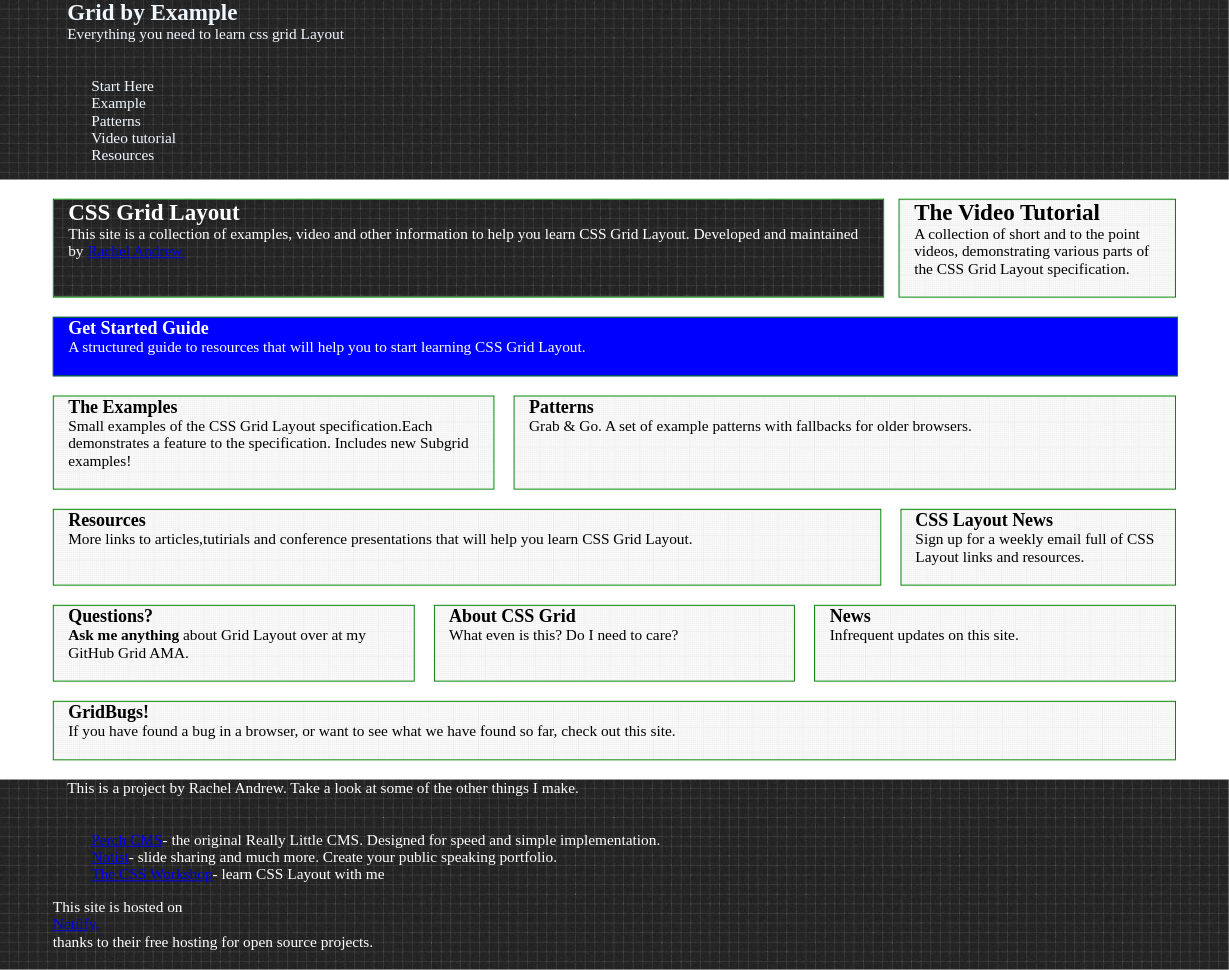
Repository: sitikhusushan/grid
Page: index.html
An editor plug-in stored every save of this project. The page is shown before and after the next save, followed by the edit.
The browser window is 1280 px wide. The pictures show the whole page, at 96% of full size.

Above is the page before, as saved 2020-05-12 23:23:09.

### index.html
<!DOCTYPE html>
<html lang="en">
  <head>
    <meta charset="UTF-8" />
    <meta name="viewport" content="width=device-width, initial-scale=1.0" />
    <title>Grid View</title>
    <link rel="stylesheet" href="style.css" />
  </head>
  <body>
    <div class="header">
      <div class="container">
        <h2>Grid by Example</h2>
        <p>Everything you need to learn css grid Layout</p>
        <ul>
          <li>Start Here</li>
          <li>Example</li>
          <li>Patterns</li>
          <li>Video tutorial</li>
          <li>Resources</li>
        </ul>
      </div>
    </div>
    <div class="layout">
      <div class="container">
        <div class="layouts">
        <div class="left">
          <h2>CSS Grid Layout</h2>
          <p>
            This site is a collection of examples, video and other information
            to help you learn CSS Grid Layout. Developed and maintained by
            <a href="#">Rachel Andrew.</a>
          </p>
        </div>
        <div class="right">
          <h2>The Video Tutorial</h2>
          <p>
            A collection of short and to the point videos, demonstrating various
            parts of the CSS Grid Layout specification.
          </p>
        </div>
      </div>
    </div>
    </div>
    <div class="guide ">
      <div class="container">
        <div class="guides">
        <h3>Get Started Guide</h3>
        <p>
          A structured guide to resources that will help you to start learning
          CSS Grid Layout.
        </p>
      </div>
      </div>
    </div>
    <div class="new">
      <div class="container">
        <div class="news">
        <div class="left">
          <h3>The Examples</h3>
          <p>
            Small examples of the CSS Grid Layout specification.Each
            demonstrates a feature to the specification. Includes new Subgrid
            examples!
          </p>
        </div>
        <div class="right">
          <h3>Patterns</h3>
          <p>
            Grab & Go. A set of example patterns with fallbacks for older
            browsers.
          </p>
        </div>
      </div>
    </div>
    </div>
    <div class="resources">
      <div class="container">
        <div class="rs">
        <div class="left">
          <h3>Resources</h3>
          <p>
            More links to articles,tutirials and conference presentations that
            will help you learn CSS Grid Layout.
          </p>
        </div>
        <div class="right">
          <h3>CSS Layout News</h3>
          <p>
            Sign up for a weekly email full of CSS Layout links and resources.
          </p>
        </div>
      </div>
    </div>
    </div>
    <div class="question">
      <div class="container">
        <div class="qs">
        <div class="left">
          <h3>Questions?</h3>
          <p>
            <b>Ask me anything</b> about Grid Layout over at my GitHub Grid AMA.
          </p>
        </div>
        <div class="middle">
          <h3>About CSS Grid</h3>
          <p>What even is this? Do I need to care?</p>
        </div>
        <div class="right">
          <h3>News</h3>
          <p>Infrequent updates on this site.</p>
        </div>
      </div>
      </div>
    </div>
    <div class="bugs">
      <div class="container">
        <div class="bug">
        <h3>GridBugs!</h3>
        <p>
          If you have found a bug in a browser, or want to see what we have
          found so far, check out this site.
        </p>
      </div>
    </div>
    </div>
  <footer>
    <div class="foo">
      <div class="container">
      <p>This is a project by Rachel Andrew. Take a look at some of the other things I make.
        <ul>
          <li><a href="#">Perch CMS</a>- the original Really Little CMS. Designed for speed and simple implementation.</li>
          <li><a href="#">Notist</a>- slide sharing and much more. Create your public speaking portfolio.</li>
          <li><a href="#">The CSS Workshop</a>- learn CSS Layout with me</li>
        </ul>
        This site is hosted on <a href="#">Netilfy,</a>thanks to their free hosting for open source projects.
      </p>
      </div>
    </div>
  </footer>
  </body>
</html>

### style.css
body {
  padding: 0px;
  margin: 0px;
}

.container {
  display: grid;
  width: 1170px;
  margin-left: auto;
  margin-right: auto;
  max-width: 100%;
  padding-left: 15px;
  padding-right: 15px;
}

/* * {
  -webkit-box-sizing: border-box;
  -moz-box-sizing: border-box;
  box-sizing: border-box;
} */

.header {
  background-image: url("image/inflicted.png");
  color: aliceblue;
}

ul {
  list-style: none;
  display: grid;
  grid-template-columns: repeat(5fr);
}

.layout .left {
  background-image: url("image/inflicted.png");
  color: #ffffff;
}

.right {
  background-image: url("image/tiny_grid.png");
}

.guides {
  width: 100%;
  background-color: blue;
  color: #ffffff;
  border: solid 1px green;
}

.left {
  background-image: url("image/tiny_grid.png");
}

.middle {
  background-image: url("image/tiny_grid.png");
}

.bug {
  background-image: url("image/tiny_grid.png");
  margin-bottom: 20px;
  border: solid 1px green;
}

footer {
  background-image: url("image/inflicted.png");
  color: #ffffff;
}

.layouts {
  display: grid;
  grid-template-columns: 3fr 1fr;
  grid-gap: 15px;
  margin-top: 20px;
  margin-bottom: 20px;
}

.layouts > div,
.news > div,
.rs > div,
.qs > div {
  border: solid 1px green;
}

.news {
  display: grid;
  grid-template-columns: 2fr 3fr;
  grid-gap: 20px;
  margin-top: 20px;
  margin-bottom: 20px;
}

.rs {
  display: grid;
  grid-template-columns: 3fr 1fr;
  grid-gap: 20px;
}

.qs {
  display: grid;
  grid-template-columns: 1fr 1fr 1fr;
  grid-gap: 20px;
  margin-top: 20px;
  margin-bottom: 20px;
}

h3,
p,
h2 {
  margin: 0px;
  padding-left: 15px;
  padding-right: 15px;
}

p {
  margin-bottom: 20px;
}

After the next save:
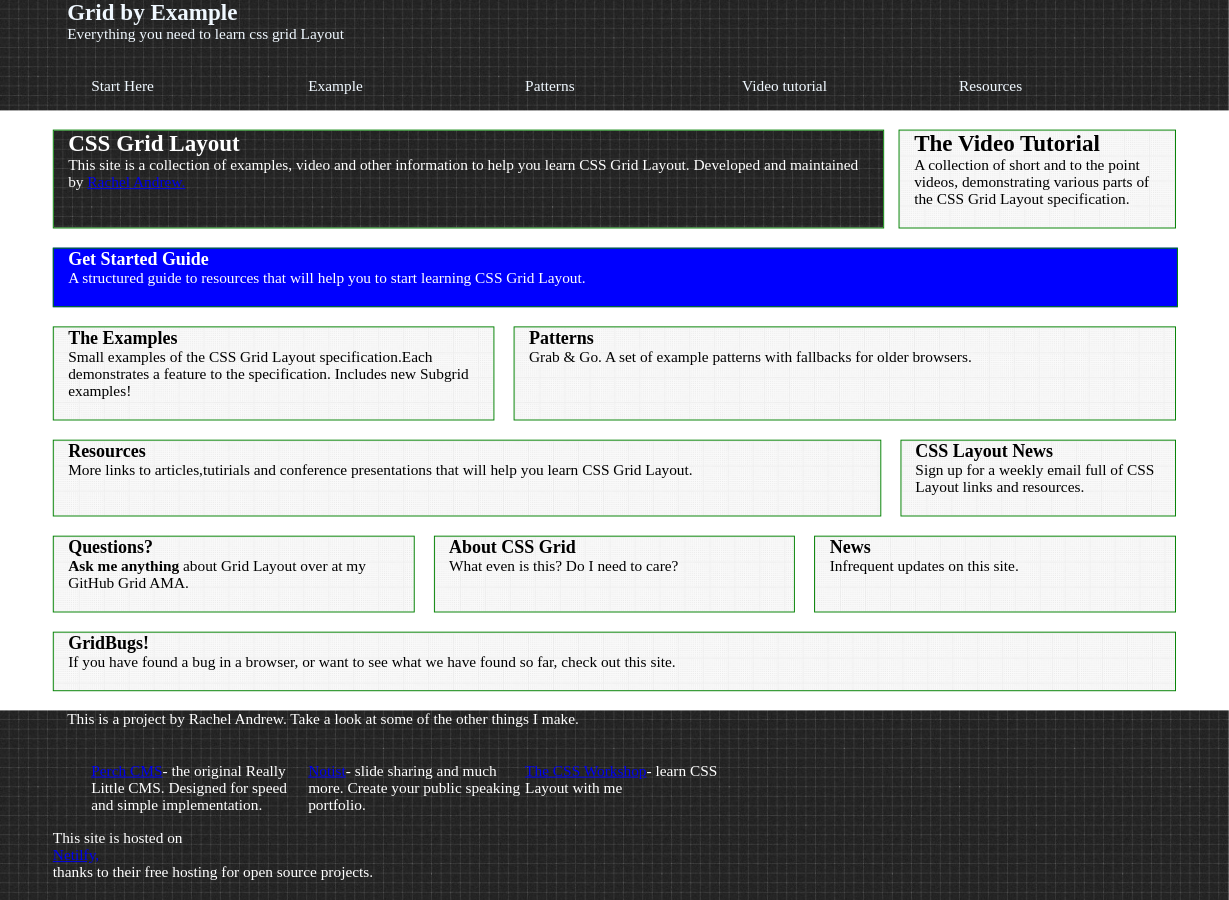
Saved 30 s later.
--- a/style.css
+++ b/style.css
@@ -27,7 +27,7 @@ body {
 ul {
   list-style: none;
   display: grid;
-  grid-template-columns: repeat(5fr);
+  grid-template-columns: repeat(5, 1fr);
 }
 
 .layout .left {
